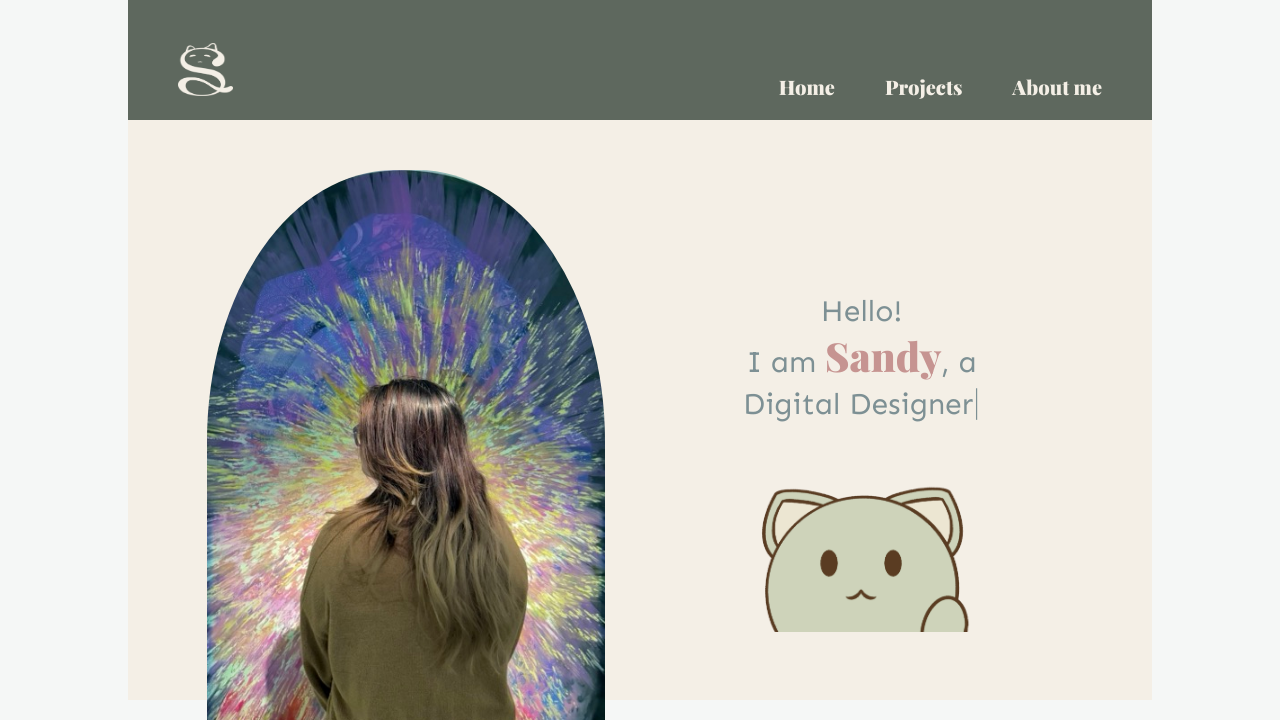
Repository: SandyLy453/portfolio
Page: /
The author's editor kept a copy of each file at every save. The page is drawn from the files as they stood at one save, then again after the next save.
The browser window is 1280 px wide. The pictures show the whole page.
An inner scrolling area shows only its first screen. The project was rebuilt for these pictures with package versions that can differ from the ones it lists, and the page was loaded fresh each time. The framework's server and built-in components were replaced by stand-ins that run in the browser. Also part of the build but not shown: next.config.mjs, modules/Footer/Footer.module.css, modules/Footer/Footer.js, modules/ProjectCard/ProjectCard.module.css, modules/ProjectCard/Projectcard.js.

Above is the page before, as saved 2025-02-17 18:11:59.

### pages/_app.js
import { useEffect } from "react";
import { useRouter } from "next/router";
import { Playfair_Display, Sen } from 'next/font/google';
import '../styles/globals.css';

const playfairDisplay = Playfair_Display({
  weight: ['400', '900'],
  style: ['normal', 'italic'],
  subsets: ['latin'],
});

const sen = Sen({
  weight: ['400', '700', '800'],
  subsets: ['latin'],
});

export default function App({ Component, pageProps }) {

  const router = useRouter();

  useEffect(() => {
    const handleRouteChangeComplete = (url) => {
        if (url.startsWith("/projects")) {
            window.location.reload();
        } else if (url.startsWith("/project")) {
          window.location.reload();
        }
    };

    router.events.on("routeChangeComplete", handleRouteChangeComplete);

    return () => {
        router.events.off("routeChangeComplete", handleRouteChangeComplete);
    };
}, [router]);


  return (
    <main className={`${playfairDisplay.className} ${sen.className}`}>
      <Component {...pageProps} />
    </main>
  )
}

### pages/_document.js
import { Html, Head, Main, NextScript } from "next/document";


export default function Document() {
  return (
    <Html lang="en">
      <Head>
        <title>San San's Tea Room</title>
        <link rel="icon" href="/favicon.ico" />

        <link rel="preconnect" href="https://fonts.googleapis.com" />
        <link rel="preconnect" href="https://fonts.gstatic.com" crossorigin="anonymous" />
        <link
          href="https://fonts.googleapis.com/css2?family=Playfair+Display:wght@400;900&family=Sen:wght@400;700;800&display=swap"
          rel="stylesheet"
        />
      </Head>
      <body>
        <Main />
        <NextScript />
      </body>
    </Html>
  );
}

### pages/index.js
import Image from "next/image";
import Link from "next/link";
import styles from "@/styles/Home.module.css";
import { useState, useEffect } from "react";
import Header from "@/modules/Header/Header";
import Footer from "@/modules/Footer/Footer";
import ProjectCard from "@/modules/ProjectCard/Projectcard";
import ShowCase from "@/modules/ShowCase/ShowCase";

export default function Home() {

  const projects = [
    {
      photos: ["/aether-cover.png"],
      alt: "Aether cover",
      title: "Aether",
      description: "Case Study - A AI-powered form-filling app",
      date: "September 2024 - December 2024",
      link: "/projects/Aether",
    },
    {
      photos: ["/post1.png", "/post2.png", "/post3.png"],
      alt: "Poster slides show",
      title: "Poster design",
      description:
        "Product design - Series of posters based on the anime/ manga Detective Conan.",
      date: "December 2024",
      link: "/projects/Poster",
    },
    {
      photos: ["/can1.png", "/can2.png", "/can3.png"],
      alt: "Can design slide show",
      title: "DiLo Tea Can",
      description: "Product design - Tea Can",
      date: "November 2024",
      link: "/projects/CanDesign",
    },
    {
      photos: ["/mockup2.png"],
      alt: "Magazine cover",
      title: "Magazine",
      description: "Magazine design - An architectural magazine",
      date: "November 2024",
      link: "/projects/Magazine",
    },
    {
      photos: ["/clotho.png"],
      alt: "Clotho app",
      title: "Clotho",
      description: "Clotho - A closet organize app",
      date: "March 2024 - May 2024",
      link: "/projects/Clotho",
    },
    {
      photos: ["/cam.png"],
      alt: "Camera vector graphic",
      title: "Mechanical Object Vector Graphic",
      description: "Using vector to draw mechanical objects",
      date: "December 2023",
      link: "/projects/MechanicalObject",
    },
  ];

  const [visibleProjects, setVisibleProjects] = useState(6);

  const roles = ["UX/UI Designer", "Digital Designer", "Web Developer"];
  const [text, setText] = useState("");
  const [index, setIndex] = useState(0);
  const [charIndex, setCharIndex] = useState(0);
  const [deleting, setDeleting] = useState(false);

  useEffect(() => {
    const currentRole = roles[index];

    let timeout;

    if (deleting) {
      timeout = setTimeout(() => {
        setText(currentRole.substring(0, charIndex - 1));
        setCharIndex((prev) => prev - 1);
      }, 50);
    } else {
      timeout = setTimeout(() => {
        setText(currentRole.substring(0, charIndex + 1));
        setCharIndex((prev) => prev + 1);
      }, 100);
    }

    if (!deleting && charIndex === currentRole.length) {
      setTimeout(() => setDeleting(true), 1000);
    } else if (deleting && charIndex === 0) {
      setDeleting(false);
      setIndex((prevIndex) => (prevIndex + 1) % roles.length);
    }

    return () => clearTimeout(timeout);
  }, [charIndex, deleting, index, roles]);

  return (
    <>
      <Header/>

      <main className={styles.main}>
        <div className={styles.top}>
          <div className={styles.image}>
            <Image src={'/cover.jpeg'} alt="cover photo" className={styles.coverPhoto} width={300} height={420} />
          </div>

          <div className={styles.info}>
            <p className={styles.role}>Hello!</p>
            <p className={styles.role}>I am <span className={styles.name}>Sandy</span>, a</p>
            <p className={styles.role}>
              {text}
              <span className={styles.cursor}>|</span>
            </p>
            <Image src={'/hi.GIF'} alt="greeting gif" className={styles.gif} width={294} height={129} />
          </div>
        </div>

        <ShowCase/>

        <div className={styles.sectionBreaker}>
          <span> Let's connect! </span>
        </div>

        <div className={styles.connect}>
          <Link
            className={styles.link}
            href={"mailto:sandy.lyth453@gmail.com"}
            target="_blank"
          >
            <p className={styles.connectInfo}>Email</p>
          </Link>
          <Link
            className={styles.link}
            href={"https://www.instagram.com/sansan_lyth?igsh=MThxOTR1ZTlyY3R1dw%3D%3D&utm_source=qr"}
            target="_blank"
          >
            <p className={styles.connectInfo}>Instagram</p>
          </Link>
          <Link
            className={styles.link}
            href={"https://www.linkedin.com/in/boisan-sandy-ly/"}
            target="_blank"
          >
            <p className={styles.connectInfo}>LinkedIn</p>
          </Link>
          <Link
            className={styles.link}
            href={"/Sandy_Ly_Resume.pdf"}
            target="_blank"
          >
            <p className={styles.connectInfo}>Resume</p>
          </Link>
        </div>
      </main>

      <footer className={styles.footer}>
        <p className={styles.copyright}>© Made by Sandy Ly • 2025</p>
      </footer>
    </>
  );
}

### styles/globals.css
:root {
  --mauveMorn: #ecd6d6;
  --mauveShadow: #B59BA6;
  --moss: #5E7975;
  --brightWhite: #f5f7f6;
  --white: #fff;

  --spaBlue: #D3DEDF;
  --forest: #5E685E;
  --midnight: #3D4D55;
  --stormCloud: #676767;
  --cream: #f4EFE6;
  --cloud: #FEFCF6;
}

html,
body {
  padding: 0;
  margin: 0;
  background-color: #f5f7f6;
  width: 100vw;
  height: 100vh;
  overflow-x: hidden;
  scroll-behavior: auto;

  font-family: "Playfair Display", serif;
  font-optical-sizing: auto;
  color: var(--stormCloud);
  cursor: url('/hehe.webp') 16 16, auto;
}

header {
  margin: 0;
  padding: 0;
  box-sizing: border-box;
}

* {
  margin: 0;
  padding: 0;
  box-sizing: border-box; /* Reset styles for all elements */
}

h1, h2, h3, h4, h5, span {
  font-family: "Playfair Display", serif;
}

a, button {
  cursor: url('/haha.webp') 16 16, pointer;
}

### styles/Home.module.css
.page {
  margin: 0;
  padding: 0;
}

.main {
  min-height: 100vh;
  width: 70vw;
  margin: auto;
  margin-top: 0;
  margin-top: 120px;
}

.top {
  width: 100%;
  min-height: 480px;
  background-color: var(--cream);
  align-items: center;
  display: flex;
  flex-direction: row;
  padding: 0;
  flex-wrap: wrap;
  justify-content: center;
}

.coverPhoto {
  border-radius: 47% 47% 0 0;
  margin: 0 6rem;
  position: relative;
  bottom: -30px;
}

.info {
  text-align: center;
  margin-top: 100px;
  width: 30vw;
}

.name {
  font-size: 54px;
  color: #C69491;
  font-weight: 600;
  font-family: "Playfair Display", serif;
}

.role {
  font-size: 44px;
  color: #7D9094;
  font-weight: 500;
}

.loca {
  font-size: 20px;
  color: #7D9094;
  padding-top: 10px;
}

.gif {
  position: relative;
  bottom: -36px;
}

.sectionBreaker {
  display: flex;
  align-items: center;
  justify-content: center;
  margin: 40px 0;
  position: relative;
}

.sectionBreaker::before,
.sectionBreaker::after {
  content: "";
  flex: 1;
  height: 2px;
  background: #d3d3d3;
  margin: 0;
}

.sectionBreaker span {
  color: #7D9094;
  margin: 0 10px;
  font-size: 20px;
  font-style: italic;
}

.pjSection {
  display: flex;
  flex-direction: row;
  flex-wrap: wrap;
  justify-content:space-between;
  align-items: flex-start;
  margin: 0 auto;
  margin-bottom: 50px;
  gap: 1rem;
  max-width: 1350px;
}

.connect {
  margin-bottom: 200px;
}

.link {
  text-decoration: none;
  color: var(--mauveShadow);
  width: 100%;
  font-weight: 500;
}

.link:hover {
  color: var(--forest);
  font-weight: 900;
}

.connectInfo {
  font-size: 54px;
  margin: 20px 0;
  font-family: "Playfair Display", serif;
  position: relative;
  display: inline-block;
  padding: 10px 20px;
  text-decoration: none;
  width: 100%;
  overflow: hidden;
  transition: color 0.3s ease-in-out, font-weight 0.3s ease-in-out;
  font-weight: 500;
}

.connectInfo::before {
  content: "";
  position: absolute;
  top: 0;
  left: -100%;
  width: 100%;
  height: 100%;
  background: linear-gradient(to right, rgba(0, 0, 0, 0.1), rgba(0, 0, 0, 0.3));
  transition: left 0.4s ease-in-out;
  z-index: -1; /* Ensure background does not cover text */
}

/* Make background visible when hovering */
.connectInfo:hover::before,
.connectInfo:active::before {
  left: 0;
}

/* Text color and weight on hover */
.connectInfo:hover {
  color: var(--forest); /* Hover text color */
  font-weight: 900;
}

/* Arrow effect */
.connectInfo::after {
  content: " →";
  opacity: 0;
  position: absolute;
  right: 10px;
  top: 50%;
  transform: translateY(-50%);
  transition: opacity 0.3s ease-in-out, transform 0.3s ease-in-out;
  color: var(--forest);
}

.connectInfo:hover::after,
.connectInfo:active::after {
  opacity: 1;
  transform: translate(8px, -50%);
}


.footer {
  margin-bottom: 20px;
}

.copyright {
  text-align: center;
  font-style: italic;
  color: var(--forest);
  width: 100%;
}





@media screen and (max-width: 1460px) {
  .pjSection {
    gap: 20px;
  }

  .main {
    width: 80vw;
  }

  .top {
    min-height: 400px;
  }

  .coverPhoto {
    width: 90%;
    height: auto;
    margin: 0;
    bottom: -50px;
    left: -20px;
  }

  .info {
    margin-top: 50px;
  }

  .gif {
    bottom: -3.7rem;
    width: 90%;
    height: auto;
  }

  .name {
    font-size: 40px;
  }

  .role {
    font-size: 30px;
  }

  .loca {
    font-size: 18px;
  }

  .pjSection {
    gap: 15px;
    justify-content: center;
  }
}



@media screen and (max-width: 768px) {
  .main {
    width: 100vw;
  }

  .coverPhoto {
    margin: 0 auto;
    bottom: -20px;
    width: 70vw;
    height: auto;
  }

  .info {
    margin-top: 50px;
    width: 90vw;
  }

  .name {
    font-size: 36px;
  }

  .role {
    font-size: 20px;
  }

  .loca {
    font-size: 18px;
  }

  .pjSection {
    gap: 15px;
    justify-content: center;
  }

  .gif {
    position: relative;
    bottom: -4px;
    margin-top: 10px;
  }
}

### modules/Header/Header.js
import Image from "next/image";
import Link from "next/link";
import styles from './Header.module.css';
import { useState, useRef } from "react";

export default function Header() {
    const audioRef = useRef(null);
    const [menuOpen, setMenuOpen] = useState(false);

    const playSound = () => {
        if (audioRef.current) {
            audioRef.current.currentTime = 0;
            audioRef.current.play().catch(error => console.log("Audio playback error:", error));
        }
    };

    return (
        <header className={`${styles.header} ${menuOpen ? styles.headerExpanded : ""}`}>
            {/* Logo */}
            <div className={styles.logoBox}>
                <Link href={'/'}>
                    <Image
                        src={'/logo.png'}
                        alt="logo"
                        className={styles.logo}
                        width={55}
                        height={53}
                        onMouseEnter={playSound}
                    />
                </Link>
            </div>

            <button className={styles.hamburger} onClick={() => setMenuOpen(!menuOpen)}>
                <Image
                    src={menuOpen ? "/menuOpen.png" : "/menuIcon.png"}
                    alt="Menu Toggle"
                    width={30}
                    height={21}
                />
            </button>

            <nav className={`${styles.menu} ${menuOpen ? styles.menuExpanded : ""}`}>
                <p className={styles.menuOption}><Link href={'/'} className={styles.link}>Home</Link></p>
                <p className={styles.menuOption}><Link href={'/project'} className={styles.link}>Projects</Link></p>
                <p className={styles.menuOption}><Link href={'/about'} className={styles.link}>About me</Link></p>
            </nav>

            <audio ref={audioRef} src="/cat.wav" preload="auto"></audio>
        </header>
    );
}

### modules/ShowCase/ShowCase.js
import Image from "next/image";
import { useState, useEffect, useRef } from "react";
import styles from './ShowCase.module.css';
import Link from "next/link";

export default function ShowCase() {
    const tags = ["Me", "UX/UI", "Graphic"];
    const images = {
        "Me": "/me.png",
        "UX/UI": "/uxui.png",
        "Graphic": "/3can.png",
    };
    const bigText = ["Sandy", "App Design", "Graphic Design"];
    const smallText = [
        "",
        "",
        ""
    ];
    const linkPath = ["/about", "/project", "/project"];
    const linkText = ["About Me →", "See More Project →", "See More Project →"];

    const [activeIndex, setActiveIndex] = useState(0);
    const [isFading, setIsFading] = useState(false);
    const [isPaused, setIsPaused] = useState(false);
    const intervalRef = useRef(null);

    const startLoop = () => {
        clearInterval(intervalRef.current);
        intervalRef.current = setInterval(() => {
            setIsFading(true);
            setTimeout(() => {
                setActiveIndex((prevIndex) => (prevIndex + 1) % tags.length);
                setIsFading(false);
            }, 500);
        }, 4000);
    };

    useEffect(() => {
        if (!isPaused) startLoop();
        return () => clearInterval(intervalRef.current);
    }, [isPaused]);

    const handlePause = (index) => {
        clearInterval(intervalRef.current);
        setIsPaused(true);
        setActiveIndex(index);
        setIsFading(false);
    };

    const handleResume = () => {
        setIsPaused(false);
    };

    return (
        <div className={styles.container}>
            <div className={styles.tagBox}>
                {tags.map((tag, index) => (
                    <div
                        key={tag}
                        className={`${styles.tag} ${activeIndex === index ? styles.active : ""}`}
                        onMouseEnter={() => handlePause(index)}
                        onMouseLeave={handleResume}
                        onTouchStart={() => handlePause(index)}
                        onTouchEnd={handleResume}
                    >
                        <p>{tag}</p>
                    </div>
                ))}
            </div>

            <div className={styles.right}>
                <div className={styles.photoBox}>
                    <Image
                        key={tags[activeIndex]}
                        src={images[tags[activeIndex]]}
                        alt={tags[activeIndex]}
                        width={600}
                        height={460}
                        className={`${styles.photo} ${isFading ? styles.fadeOut : styles.fadeIn}`}
                    />

                    <div className={styles.gradient}></div>
                    <div className={styles.text}>
                        <p className={styles.big}>{bigText[activeIndex]}</p>
                        <p className={styles.small}>{smallText[activeIndex]}</p>
                        <Link href={linkPath[activeIndex]} className={styles.littleLink}>
                            {linkText[activeIndex]}
                        </Link>
                    </div>
                </div>

                {/* <div className={styles.loadMoreContainer}>
                    <Link href="/project" passHref>
                        <button className={styles.loadMoreButton}>
                            More Projects
                        </button>
                    </Link>
                </div> */}
            </div>
        </div>
    );
}

### modules/Header/Header.module.css
.header {
    margin: 0 auto;
    width: 70vw;
    height: 120px;
    background-color: var(--forest);
    padding: 20px 50px;
    display: flex;
    flex-direction: row;
    justify-content: space-between;
    align-items: flex-end;
    position: fixed;
    right: 15vw;
    top: 0;
    z-index: 999;
    transition: height 0.3s ease-in-out;
}

.headerExpanded {
    min-height: 250px;
}

.menu {
    display: flex;
    flex-direction: row;
    gap: 50px;
    opacity: 1;
    transition: opacity 0.3s ease-in-out;
}

.menuExpanded {
    display: flex;
    flex-direction: column;
    align-items: flex-end;
    gap: 10px;
    width: 100%;
}


.menuOption {
    font-size: 20px;
    font-weight: 600;
}

.link {
    text-decoration: none;
    color: var(--cream);
    font-family: "Playfair Display", serif;
}

.link:hover {
    color: var(--midnight);
}

.hamburger {
    display: none;
    background: none;
    border: none;
    cursor: pointer;
}


@media screen and (max-width: 1460px) {
    .header {
        width: 80vw;
        right: 10vw;
    }
}

@media screen and (max-width: 768px) {
    .header {
        width: 100vw;
        min-height: 100px;
        right: 0;
        display: flex;
        flex-direction: row;
        align-items: center;
        justify-content: space-between;
        height: auto;
    }

    .hamburger {
        display: block;
        position: absolute;
        right: 20px;
        top: 40px;
        z-index: 10;
    }

    .logo {
        display: block;
        position: absolute;
        left: 20px;
        top: 20px;
        z-index: 10;
    }

    .menu {
        display: none;
        flex-direction: column;
        align-items: center;
        width: 100%;
        opacity: 0;
        transform: scaleY(0);
        transition: transform 0.3s ease-in-out, opacity 0.3s ease-in-out;
    }

    .menuExpanded {
        display: flex;
        opacity: 1;
        transform: scaleY(1);
    }

}

### modules/ShowCase/ShowCase.module.css
.container {
    margin: auto;
    margin-top: 50px;
    display: flex;
    flex-direction: row;
    justify-content: center;
    align-items: center;
    gap: 30px;
}

.tagBox {
    display: flex;
    justify-content: center;
    align-items: center;
    flex-direction: column;
}

.tag, .active {
    width: 100px;
    height: 100px;
    background-color: var(--cream);
    border-radius: 50%;
    display: flex;
    justify-content: center;
    align-items: center;
    margin: 10px;
    cursor: url('/haha.webp') 16 16, pointer;
    transition: background-color 0.3s ease-in-out, transform 0.2s ease-in-out;
}

.tag:hover, .active {
    background-color: var(--forest);
    transform: scale(1.05);
}

.tag p, .active p {
    color: var(--mauveShadow);
    opacity: 80%;
}

.tag:hover p, .active p {
    color: var(--mauveMorn);
    opacity: 100%;
}

.photoBox {
    width: 60vw;
    max-width: 1000px;
    aspect-ratio: 20 / 11;
    position: relative;
    display: flex;
    align-items: center;
    justify-content: center;
    overflow: hidden;
}

.photo {
    width: 100%;
    height: 100%;
    border-radius: 20px;
    object-fit: cover;
    position: absolute;
    transition: opacity 0.5s ease-in-out;
}

.fadeIn {
    opacity: 1;
}

.fadeOut {
    opacity: 0;
}

.loadMoreContainer {
    margin-top: 20px;
    display: flex;
    flex-direction: column;
    justify-content: flex-end;
    align-items: flex-end;
  }

  .loadMoreButton {
    height: 40px;
    width: 150px;
    background-color: var(--cream);
    color: var(--forest);
    border: 1px solid var(--forest);
    font-size: 18px;
    align-items: center;
    border-radius: 10px;
    margin-bottom: 50px;
  }

  .loadMoreButton:hover {
    background-color: var(--forest);
    color: var(--cream);
  }

  .gradient {
    position: absolute;
    top: 0;
    left: 0;
    width: 100%;
    height: 100%;
    background: linear-gradient(360deg, rgba(2,0,36,1) 0%, rgba(255,255,255,0) 55%);
    z-index: 2;
    pointer-events: none;
    border-radius: 20px;
}

.text {
    position: absolute;
    bottom: 0;
    right: 0;
    width: 100%;
    padding: 20px;
    color: white;
    z-index: 3;
    width: 50vw;
    max-width: 1000px;
    text-align: right;
}

.littleLink {
    text-decoration: underline;
    color: white;
    font-style: italic;
    margin: 20px 0;
}

.big {
    font-family: "Playfair Display", serif;
    font-size: 18px;
    margin: 15px 0;
    font-weight: 700;
}

.small {
    font-size: 15px;
    margin: 15px 0;
}

@media screen and (max-width: 1460px) {
    .container {
        flex-direction: column;
    }

    .tagBox {
        flex-direction: row;
    }

    .tag, .active {
        width: 70px;
        height: 70px;
    }

    .photoBox {
        width: 70vw;
    }

    .big {
        font-size: 16px;
    }

    .small,
    .littleLink {
        font-size: 12px;
    }
}

@media screen and (max-width: 768px) {
    .photoBox {
        width: 90vw;
    }

    .big {
        font-size: 12px;
    }

    .small,
    .littleLink {
        font-size: 10px;
    }
}

Loaded but not shown: pages/api/hello.js (common file)

After the next save:
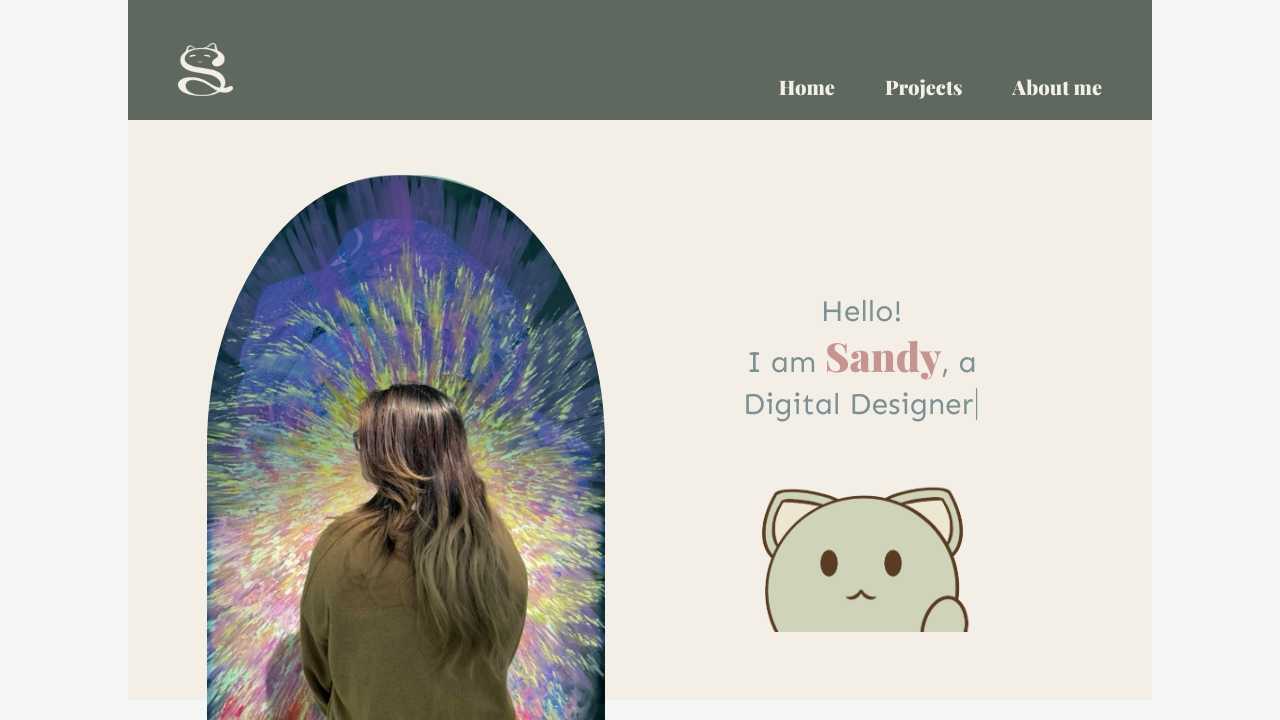
Saved 9 s later.
--- a/styles/Home.module.css
+++ b/styles/Home.module.css
@@ -201,7 +201,7 @@
     width: 90%;
     height: auto;
     margin: 0;
-    bottom: -50px;
+    bottom: -55px;
     left: -20px;
   }
 
